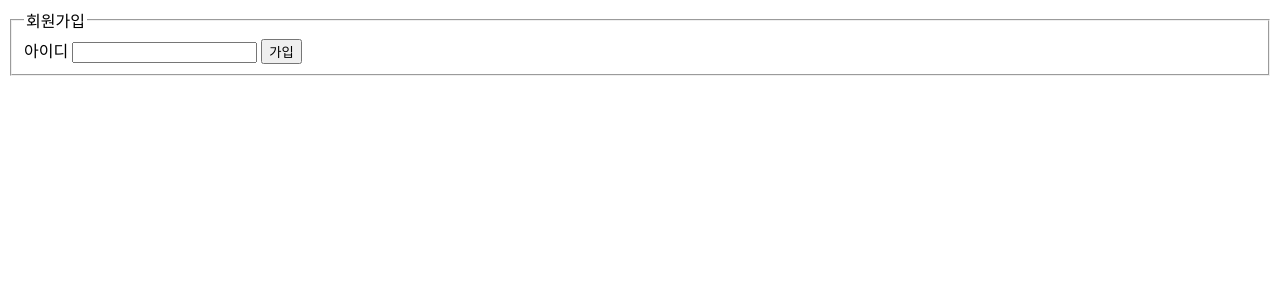
Repository: soobin10236/Class
Page: Homework/src/main/webapp/insert.html
These files come from the project's save history. The page is drawn as it stood at one moment and after the next save; the edit follows.
The browser window is 1280 px wide. The pictures show the whole page.

Above is the page before, as saved 2021-09-06 09:18:46.

### Homework/src/main/webapp/insert.html
<!DOCTYPE html>
<html>
<head>
<meta charset="EUC-KR">
<title>Insert title here</title>
</head>
<body>

	<form>
		<fieldset>
			<legend>회원가입</legend>
			<label>아이디</label>
			<input type="text" name ="id"/>
			<input type="submit" value="가입"/>
		</fieldset>
	</form>
</body>
</html>

After the next save:
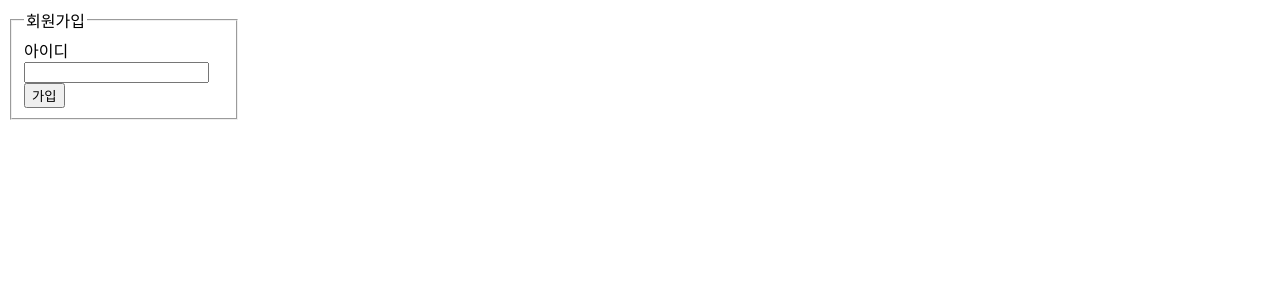
Saved 22 s later.
--- a/Homework/src/main/webapp/insert.html
+++ b/Homework/src/main/webapp/insert.html
@@ -7,7 +7,7 @@
 <body>
 
 	<form>
-		<fieldset>
+		<fieldset style="width:200px;">
 			<legend>회원가입</legend>
 			<label>아이디</label>
 			<input type="text" name ="id"/>
